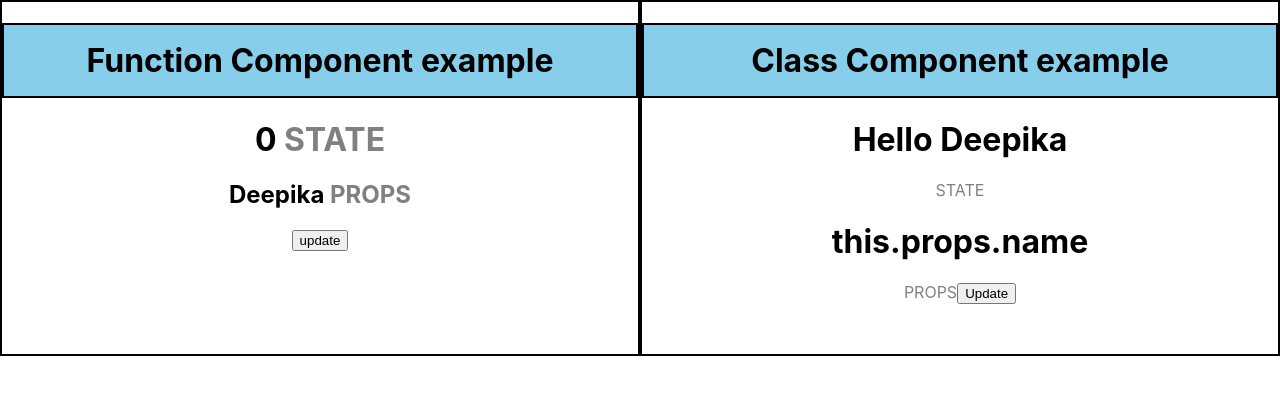
Repository: DeepikaSuretek/React
Page: / (app in practice-app/)
An editor plug-in stored every save of this project. The page is shown before and after the next save, followed by the edit.
The browser window is 1280 px wide. The pictures show the whole page.
The project was rebuilt for these pictures with package versions that can differ from the ones it lists, and the page was loaded fresh each time.

Above is the page before, as saved 2024-07-08 20:03:45.

After the next save:
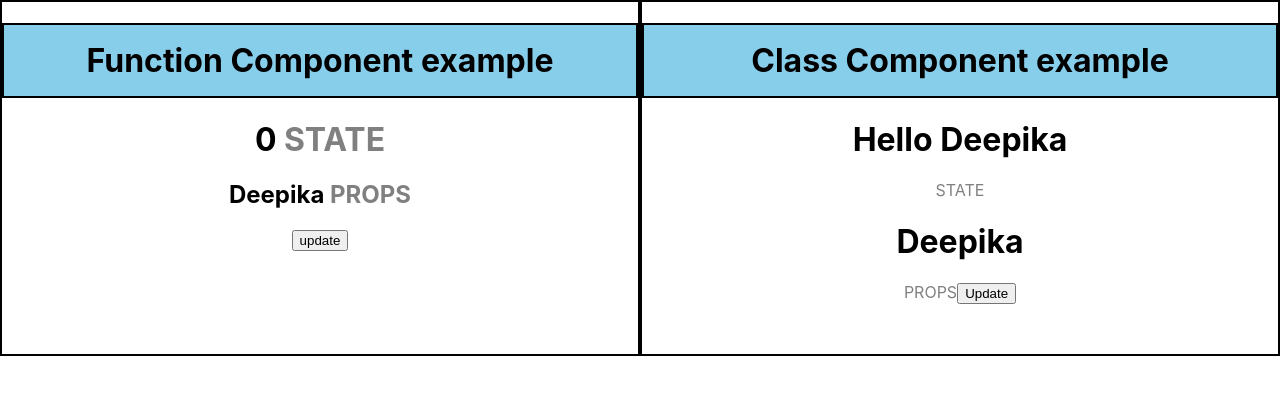
Saved 26 s later.
--- a/practice-app/src/class-component/class.js
+++ b/practice-app/src/class-component/class.js
@@ -14,7 +14,7 @@ class User extends Component{
     render(){
         return(
            <div><h1>Hello {this.state.data}</h1> <span className="highlight">STATE</span>
-           <h1>this.props.name</h1><span className="highlight">PROPS</span>
+           <h1>{this.props.name}</h1><span className="highlight">PROPS</span>
            <button onClick={()=>this.changeData()}>Update</button>
            </div>
 
